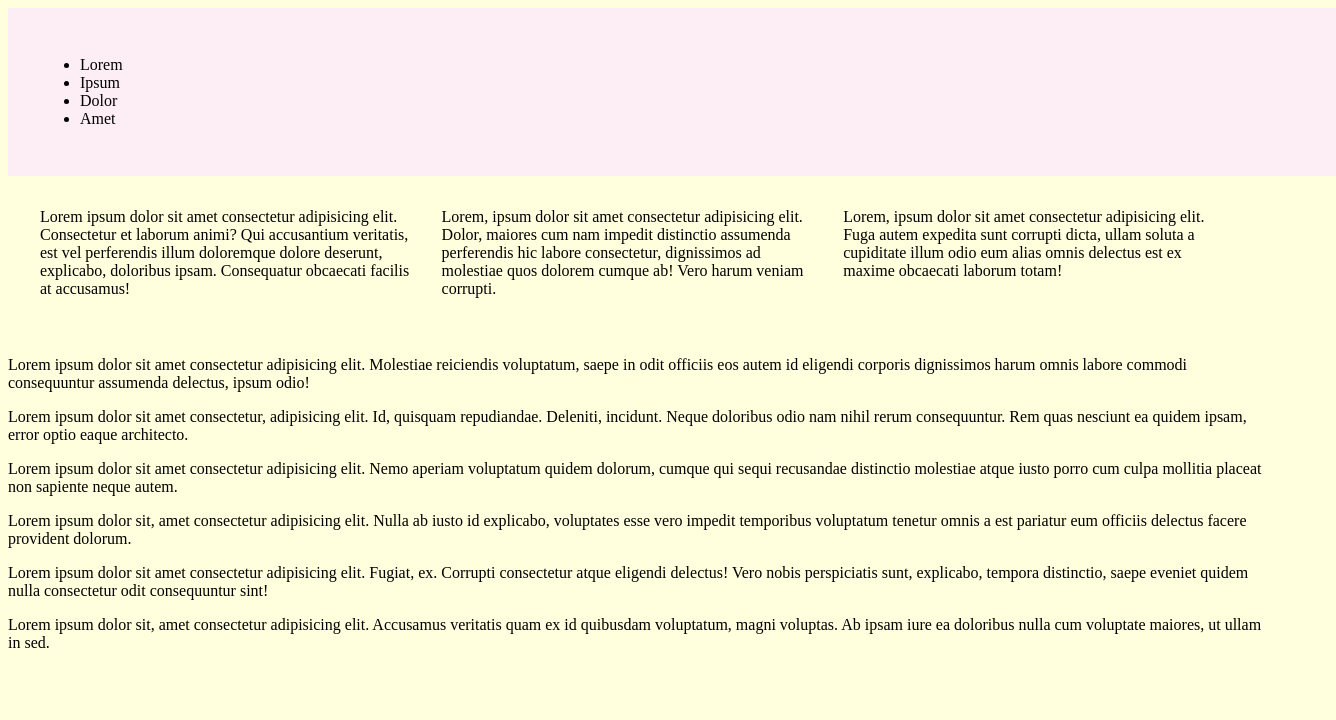
Repository: HTML-a-CSS-2/projekt-portfolio-Angelina555555
Page: .github/index.html
The author's editor kept a copy of each file at every save. The page is drawn from the files as they stood at one save, then again after the next save.
The browser window is 1280 px wide. The page is 1336 px wide, so the pictures cover 1336 px, including what lies to the right of the window. The pictures show the whole page.

Above is the page before, as saved 2022-05-07 22:37:48.

### .github/index.html
<!DOCTYPE html>
<html lang="en">
  <head>
    <meta charset="UTF-8" />
    <meta http-equiv="X-UA-Compatible" content="IE=edge" />
    <meta name="viewport" content="width=device-width, initial-scale=1.0" />
    <link rel="stylesheet" href="default.css" />
    <title>Document</title>
  </head>
  <body>
    <div class="menu">
      <ul id="menu">
        <li>Lorem</li>
        <li>Ipsum</li>
        <li>Dolor</li>
        <li>Amet</li>
      </ul>
    </div>
    <div class="article">
      <div class="article__element-jeden">
        Lorem ipsum dolor sit amet consectetur adipisicing elit. Consectetur et
        laborum animi? Qui accusantium veritatis, est vel perferendis illum
        doloremque dolore deserunt, explicabo, doloribus ipsam. Consequatur
        obcaecati facilis at accusamus!
      </div>
      <div class="article__element-dva">
        Lorem, ipsum dolor sit amet consectetur adipisicing elit. Dolor, maiores
        cum nam impedit distinctio assumenda perferendis hic labore consectetur,
        dignissimos ad molestiae quos dolorem cumque ab! Vero harum veniam
        corrupti.
      </div>
      <div class="article__element-tri">
        Lorem, ipsum dolor sit amet consectetur adipisicing elit. Fuga autem
        expedita sunt corrupti dicta, ullam soluta a cupiditate illum odio eum
        alias omnis delectus est ex maxime obcaecati laborum totam!
      </div>
    </div>
    <div class="age">
      <p class="age__element-ctyri">
        Lorem ipsum dolor sit amet consectetur adipisicing elit. Molestiae
        reiciendis voluptatum, saepe in odit officiis eos autem id eligendi
        corporis dignissimos harum omnis labore commodi consequuntur assumenda
        delectus, ipsum odio!
      </p>
      <p class="age__element-pet">
        Lorem ipsum dolor sit amet consectetur, adipisicing elit. Id, quisquam
        repudiandae. Deleniti, incidunt. Neque doloribus odio nam nihil rerum
        consequuntur. Rem quas nesciunt ea quidem ipsam, error optio eaque
        architecto.
      </p>
    </div>
    <div class="leader">
      <p class="leader__element-sest">
        Lorem ipsum dolor sit amet consectetur adipisicing elit. Nemo aperiam
        voluptatum quidem dolorum, cumque qui sequi recusandae distinctio
        molestiae atque iusto porro cum culpa mollitia placeat non sapiente
        neque autem.
      </p>
      <p class="leader__element-sedm">
        Lorem ipsum dolor sit, amet consectetur adipisicing elit. Nulla ab iusto
        id explicabo, voluptates esse vero impedit temporibus voluptatum tenetur
        omnis a est pariatur eum officiis delectus facere provident dolorum.
      </p>
    </div>
    <div class="blok-posledni">
      <p class="blok-posledni__element-osm">
        Lorem ipsum dolor sit amet consectetur adipisicing elit. Fugiat, ex.
        Corrupti consectetur atque eligendi delectus! Vero nobis perspiciatis
        sunt, explicabo, tempora distinctio, saepe eveniet quidem nulla
        consectetur odit consequuntur sint!
      </p>
      <p class="blok-posledni__element-devet">
        Lorem ipsum dolor sit, amet consectetur adipisicing elit. Accusamus
        veritatis quam ex id quibusdam voluptatum, magni voluptas. Ab ipsam iure
        ea doloribus nulla cum voluptate maiores, ut ullam in sed.
      </p>
    </div>
  </body>
</html>

### .github/default.css
body {
  background-color: #ffffdd;
}

.menu {
  width: 100%;
  background-color: #fdedf5;
  padding: 2rem;
}

.article {
  padding: 1rem;
  display: flex;
  flex-wrap: wrap;
}

.article__element-jeden,
.article__element-dva,
.article__element-tri {
  padding: 1rem;
  width: 30%;
  height: 100px;
}

After the next save:
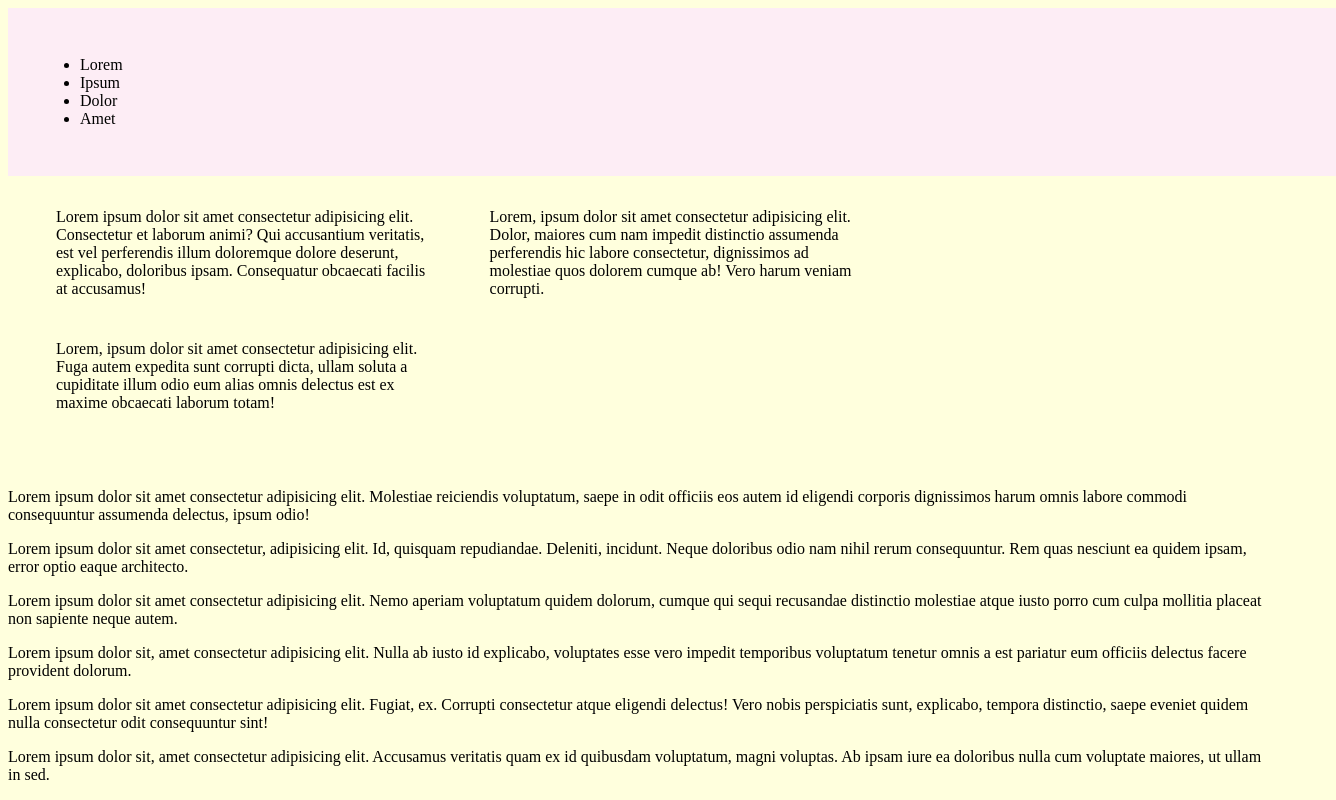
Saved 28 s later.
--- a/.github/default.css
+++ b/.github/default.css
@@ -17,7 +17,7 @@ body {
 .article__element-jeden,
 .article__element-dva,
 .article__element-tri {
-  padding: 1rem;
+  padding: 1rem 2rem;
   width: 30%;
   height: 100px;
 }
